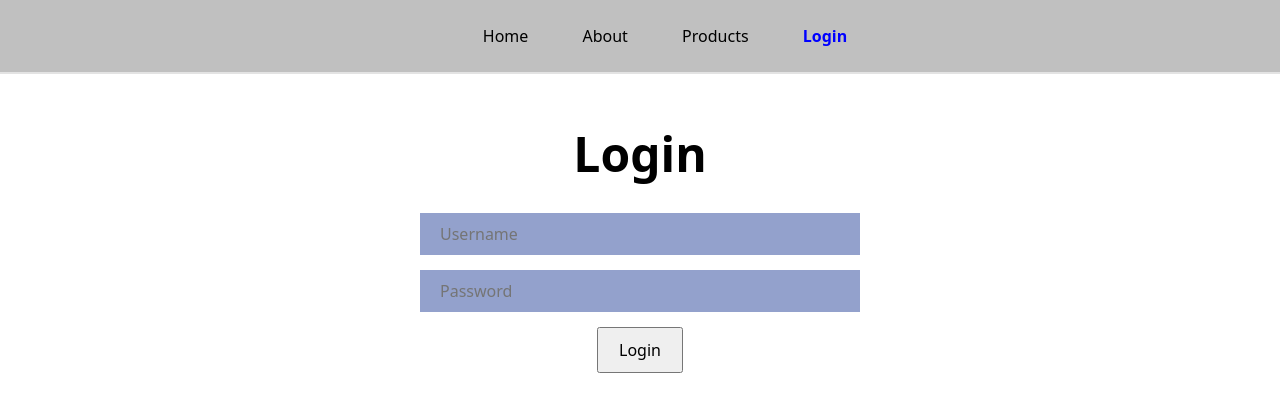
Repository: Yeyolive/WebDev_Collab_2025
Page: Basic_Projects/Basic-Website/login.html
These files come from the project's save history. The page is drawn as it stood at one moment and after the next save; the edit follows.
The browser window is 1280 px wide. The pictures show the whole page.

Above is the page before, as saved 2025-11-02 23:13:39.

After the next save:
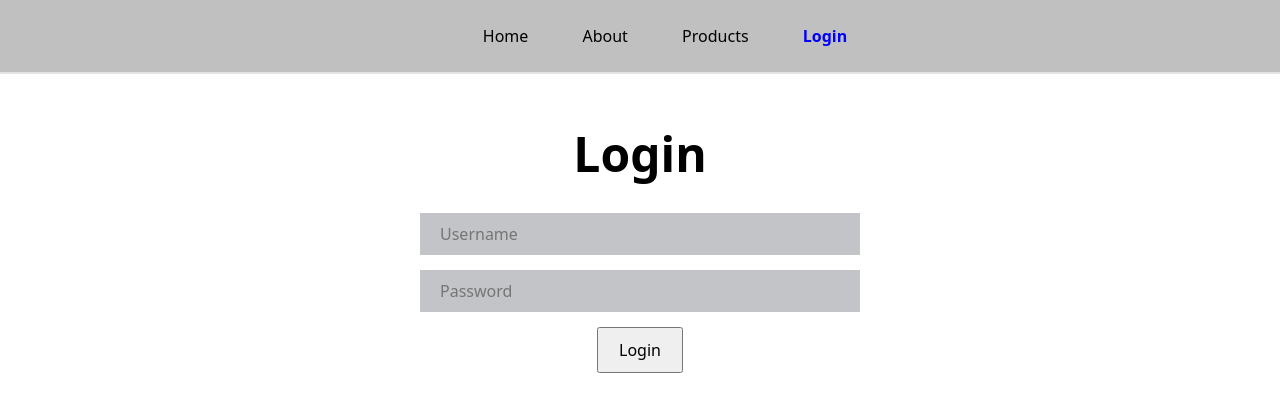
Saved 8 s later.
--- a/Basic_Projects/Basic-Website/styles.css
+++ b/Basic_Projects/Basic-Website/styles.css
@@ -147,5 +147,5 @@ input[type="password"] {
   width: 400px;
   font: inherit;
   border: none;
-  background-color: rgb(147, 161, 204);
+  background-color: rgb(195, 196, 200);
 }
